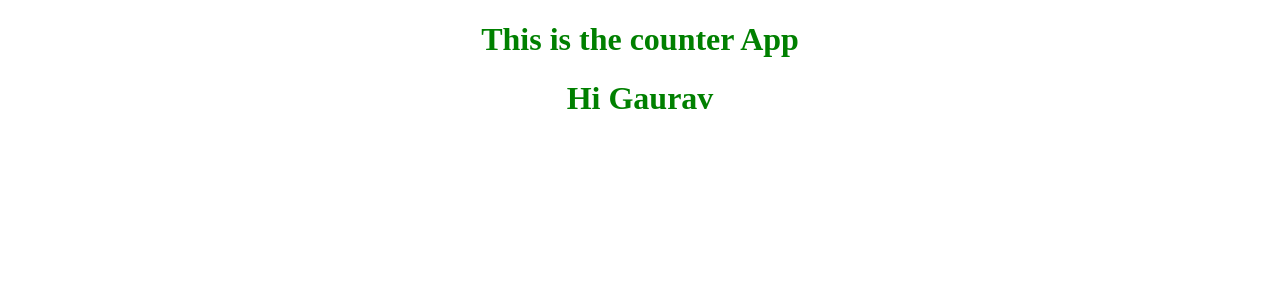
Repository: Gauravyadav678/GcounterApp
Page: / (app in gcounter/)
The author's editor kept a copy of each file at every save. The page is drawn from the files as they stood at one save, then again after the next save.
The browser window is 1280 px wide. The pictures show the whole page.
The project was rebuilt for these pictures with package versions that can differ from the ones it lists, and the page was loaded fresh each time. Also part of the build but not shown: gcounter/src/index.css.

Above is the page before, as saved 2024-10-22 17:20:24.

### gcounter/public/index.html
<!DOCTYPE html>
<html lang="en">
  <head>
    <meta charset="utf-8" />

    <meta name="viewport" content="width=device-width, initial-scale=1" />
    <meta name="theme-color" content="#000000" />


  </head>
  <body>

    <div id="root"></div>
  </body>
</html>

### gcounter/src/App.js

import './App.css';
import MainValue from './components/valu';

function App() {
  return (
    <div className="App">
      <>
      <h1>This is the counter App</h1>
      <MainValue/>
      </>
    </div>
  );
}

export default App;

### gcounter/src/App.css
.App{
  text-align: center;
  color: green;
}

### gcounter/src/components/valu.js
const MainValue = () => {
    return (
        <h1>Hi Gaurav</h1>
    );
}

export default MainValue;

Loaded but not shown: gcounter/src/index.js (common file); gcounter/src/reportWebVitals.js (common file)

After the next save:
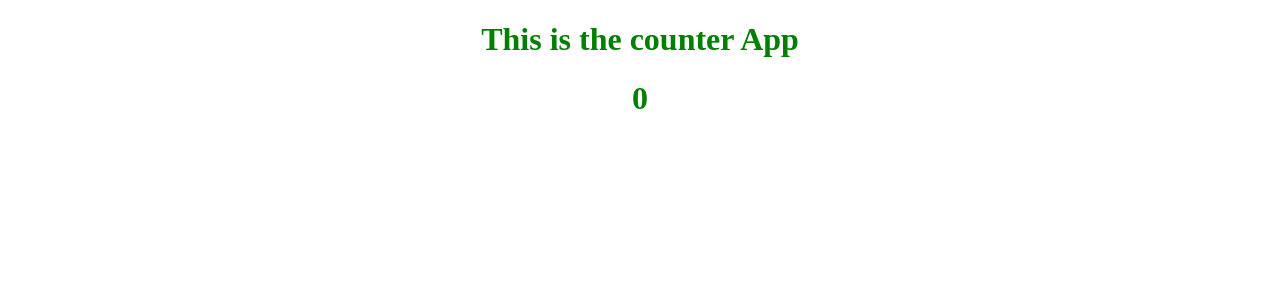
Saved 24 s later.
--- a/gcounter/src/components/valu.js
+++ b/gcounter/src/components/valu.js
@@ -1,6 +1,6 @@
 const MainValue = () => {
     return (
-        <h1>Hi Gaurav</h1>
+        <h1>0</h1>
     );
 }
 
